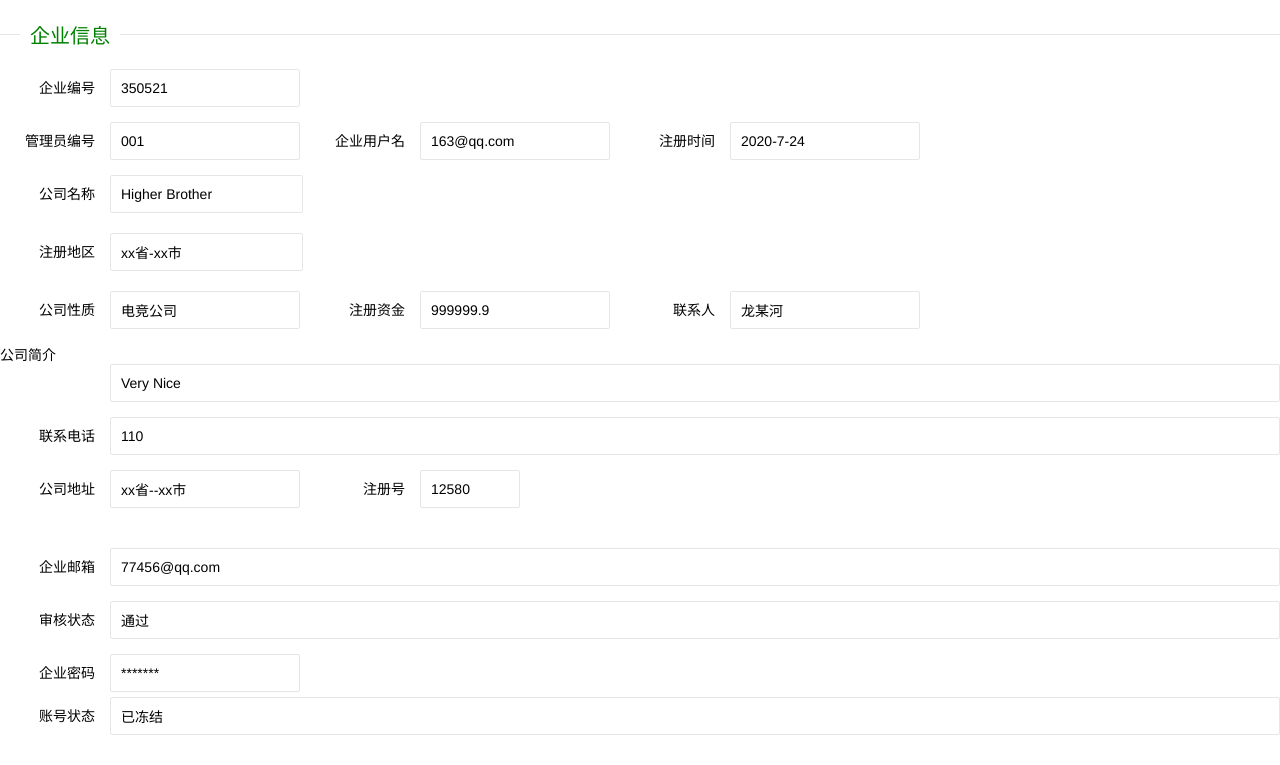
Repository: LongJinhe-coder/java-web-
Page: http://localhost/projectDemo1/displayFirmResume.jsp
These files come from the project's save history. The page is drawn as it stood at one moment and after the next save; the edit follows.
The browser window is 1280 px wide. The pictures show the whole page.
The page is served by Tomcat 9.

Above is the page before, as saved 2020-07-28 09:48:05.

After the next save:
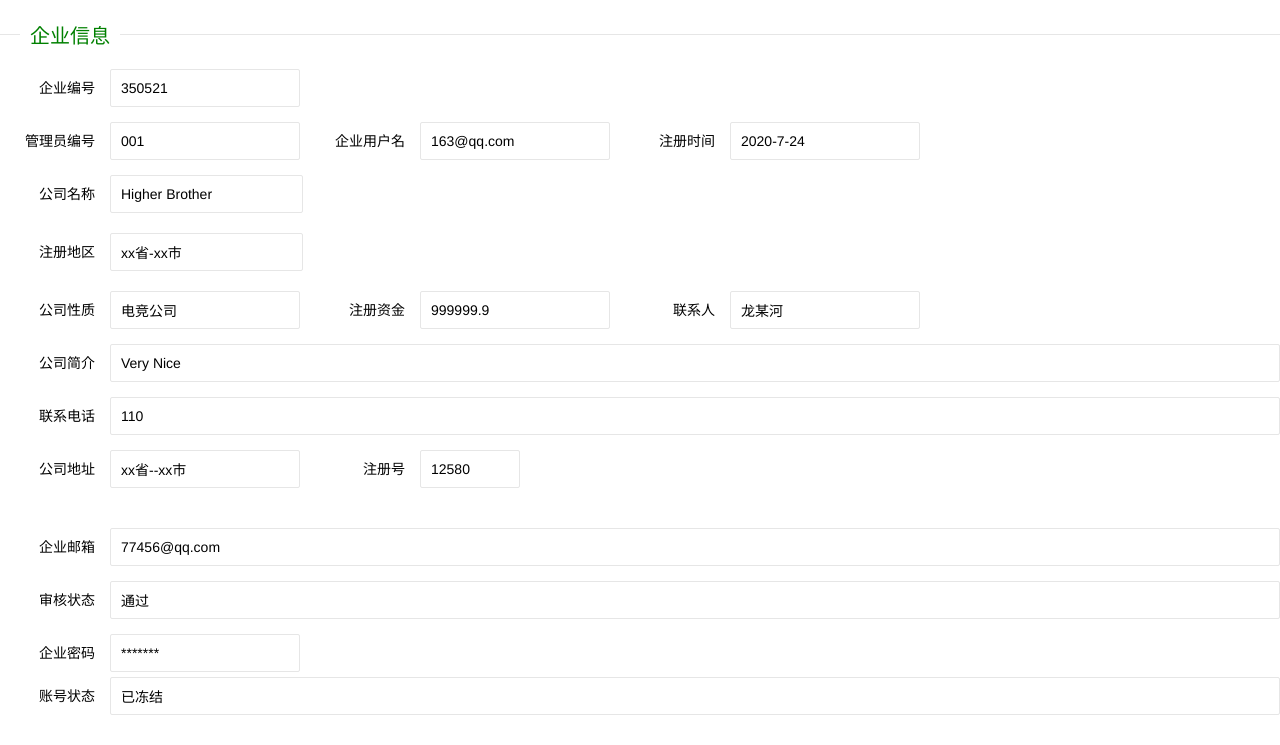
Saved 15 s later.
--- a/MyEclipse CI/projectDemo1/WebRoot/displayFirmResume.jsp
+++ b/MyEclipse CI/projectDemo1/WebRoot/displayFirmResume.jsp
@@ -94,7 +94,7 @@ String basePath = request.getScheme()+"://"+request.getServerName()+":"+request.
   </div>
 
     <div class="layui-form-item">
-     <label class="layui-form-block">公司简介</label>
+     <label class="layui-form-label">公司简介</label>
     <div class="layui-input-block">
     <input type="text" name="firmBrief" value="Very Nice" readonly="readonly" class="layui-input">
     </div>
